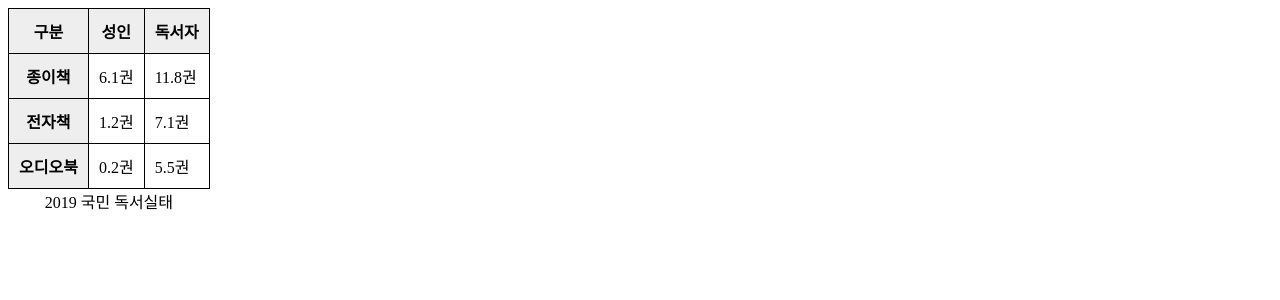
Repository: 753kg/753kg.github.io
Page: KOSTA/webProject/WebContent/doit/07/quiz-3.html
The author's editor kept a copy of each file at every save. The page is drawn from the files as they stood at one save, then again after the next save.
The browser window is 1280 px wide. The pictures show the whole page.

Above is the page before, as saved 2021-03-31 07:13:00.

### KOSTA/webProject/WebContent/doit/07/quiz-3.html
<!DOCTYPE html>
<html lang="ko">
<head>
	<meta charset="UTF-8">
	<title>연습문제 3</title>
	<style>
		table {
			border: 1px solid black;
			border-collapse: collapse;
			caption-side: bottom;
		}
		th, td {
			border: 1px solid black;
			padding: 10px;
		}

		.heading {
			background-color: #eee;
		}

	</style>

</head>
<body>
  <table>
    <caption>2019 국민 독서실태</caption>
    <thead>
      <tr>
        <th class="heading">구분</th>
        <th class="heading">성인</th>
        <th class="heading">독서자</th>
      </tr>
    </thead>
    <tbody>
      <tr>
        <th class="heading">종이책</th>
        <td>6.1권</td>
        <td>11.8권</td>
      </tr>
      <tr>
        <th class="heading">전자책</th>
        <td>1.2권</td>
        <td>7.1권</td>
      </tr>
      <tr>
        <th class="heading">오디오북</th>
        <td>0.2권</td>
        <td>5.5권</td>
      </tr>
    </tbody>
  </table>
</body>
</html>

After the next save:
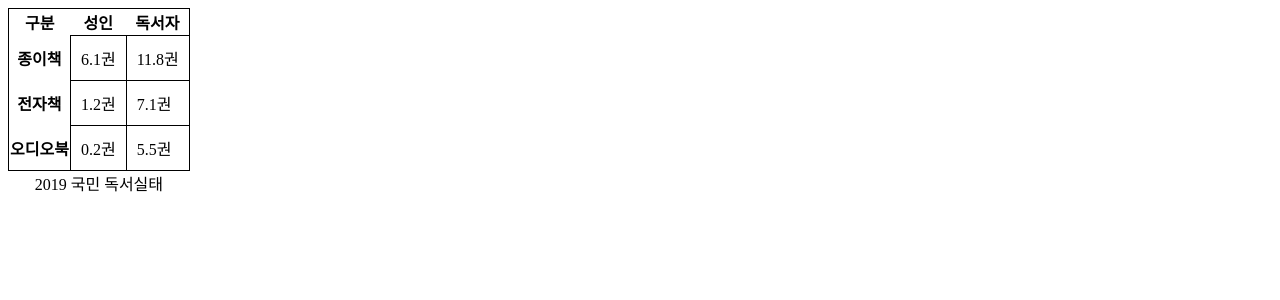
Saved 16 s later.
--- a/KOSTA/webProject/WebContent/doit/07/quiz-3.html
+++ b/KOSTA/webProject/WebContent/doit/07/quiz-3.html
@@ -9,14 +9,14 @@
 			border-collapse: collapse;
 			caption-side: bottom;
 		}
-		th, td {
+		td {
 			border: 1px solid black;
 			padding: 10px;
 		}
 
-		.heading {
+		/* .heading {
 			background-color: #eee;
-		}
+		} */
 
 	</style>
 

After the save that followed:
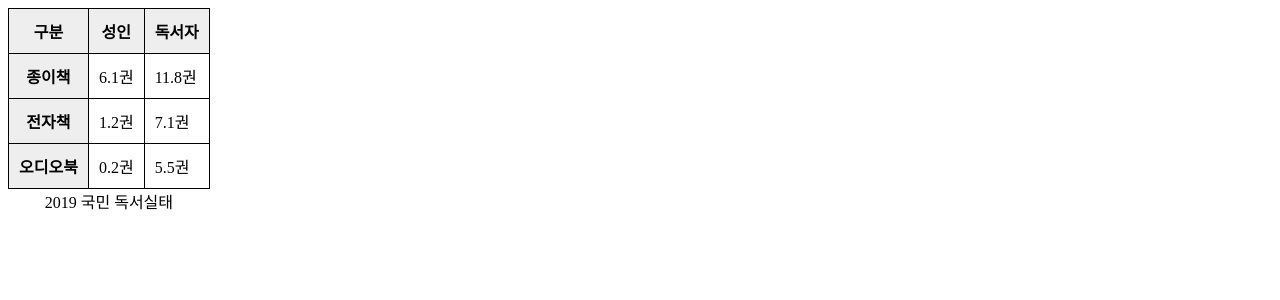
Saved 25 s later.
--- a/KOSTA/webProject/WebContent/doit/07/quiz-3.html
+++ b/KOSTA/webProject/WebContent/doit/07/quiz-3.html
@@ -10,6 +10,12 @@
 			caption-side: bottom;
 		}
 		td {
+			border: 1px solid black;
+			padding: 10px;
+		}
+
+		th {
+			background-color: #eee;
 			border: 1px solid black;
 			padding: 10px;
 		}
